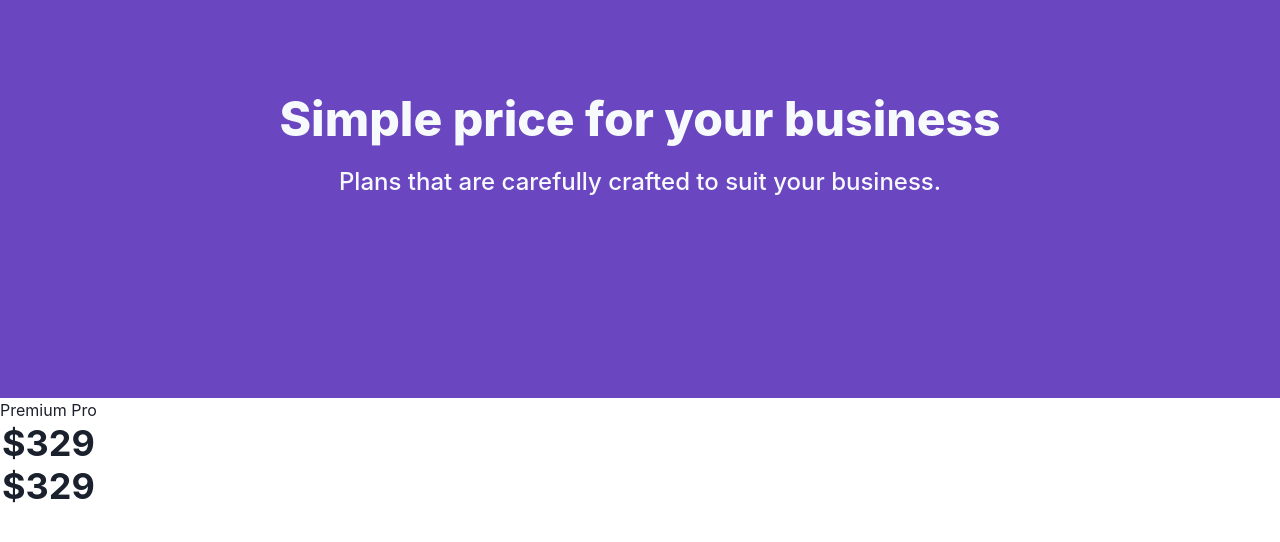
Repository: noutijo/learn-in-depth-chakra-ui
Page: /
The author's editor kept a copy of each file at every save. The page is drawn from the files as they stood at one save, then again after a run of saves.
The browser window is 1280 px wide. The pictures show the whole page.
The project was rebuilt for these pictures with package versions that can differ from the ones it lists, and the page was loaded fresh each time. Also part of the build but not shown: vite.config.ts.

Above is the page before, as saved 2023-01-30 15:28:32.

### src/main.tsx
import React from 'react'
import ReactDOM from 'react-dom/client'
import App from './App'
import { ChakraProvider } from "@chakra-ui/react"

ReactDOM.createRoot(document.getElementById('root') as HTMLElement).render(
  <ChakraProvider>
  <React.StrictMode>
    <App />
  </React.StrictMode>
  </ChakraProvider>,
)

### src/App.tsx
//import './App.css'
import "./App.css";
import { Box, Flex, Stack, VStack, HStack } from "@chakra-ui/react";
import { Header  } from "./components/Header";
import { Pricing } from "./components/Pricing";

export default function App() {
  return (
    <div className="App">
      <Box>
        <Header />
        <Pricing />
      </Box>
    </div>
  );
}

### src/App.css
#root {
  max-width: 1280px;
  margin: 0 auto;
  text-align: center;
}

.logo {
  height: 6em;
  padding: 1.5em;
  will-change: filter;
}
.logo:hover {
  filter: drop-shadow(0 0 2em #646cffaa);
}
.logo.react:hover {
  filter: drop-shadow(0 0 2em #61dafbaa);
}

@keyframes logo-spin {
  from {
    transform: rotate(0deg);
  }
  to {
    transform: rotate(360deg);
  }
}

@media (prefers-reduced-motion: no-preference) {
  a:nth-of-type(2) .logo {
    animation: logo-spin infinite 20s linear;
  }
}

.card {
  padding: 2em;
}

.read-the-docs {
  color: #888;
}

### src/components/Header.tsx
//import './App.css'
import { Box, Heading, Text, Flex } from "@chakra-ui/react";

export function Header() {
  return (
    <Box as="section" color="#F7FAFC" bg="#6b46c1" pt="90px" pb="198px" px="32px">
      <Heading fontWeight={800} fontSize={"48px"}>
        Simple price for your business
      </Heading>
      <Text fontWeight={500} fontSize={"24px"} mt="16px">
        Plans that are carefully crafted to suit your business.
      </Text>
    </Box>
  );
}

### src/components/Pricing.tsx
//import './App.css'
import { Box, Heading, Text, Flex } from "@chakra-ui/react";

export function Pricing() {
  return (
    <Box>
      <Flex>
        <Box>
            <Text>Premium Pro</Text>
            <Heading>$329</Heading>
            <Heading>$329</Heading>
        </Box>
        <Box></Box>
      </Flex>
    </Box>
  );
}

Loaded but not shown: index.html (common file)

After the next 2 saves:
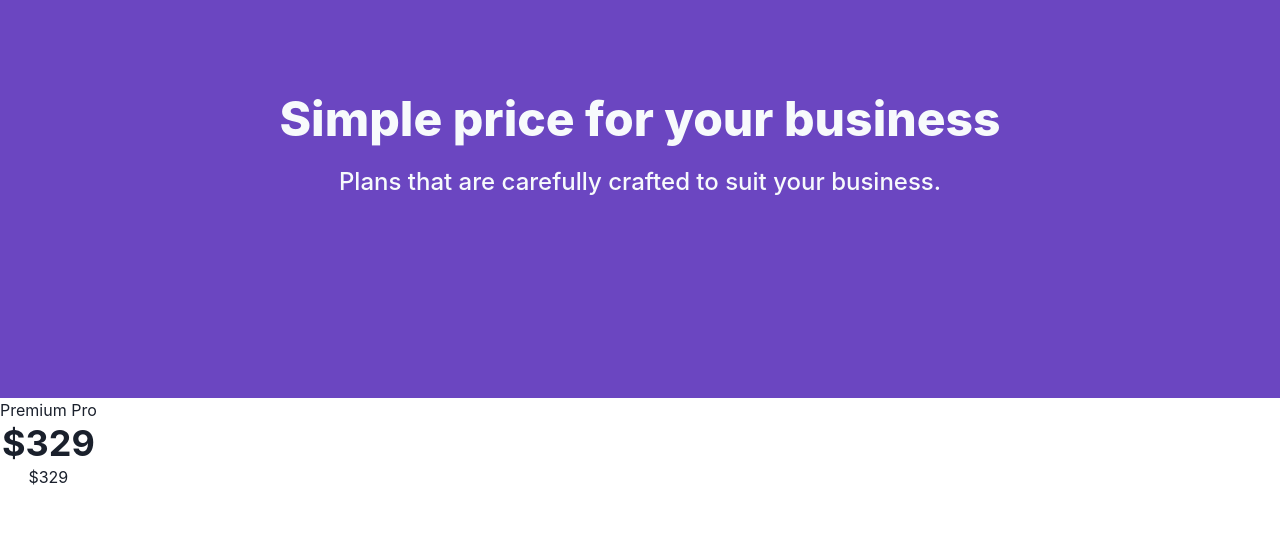
The 2 saves are shown as one change because they came seconds apart.
The last was saved 6 s later.
--- a/src/components/Pricing.tsx
+++ b/src/components/Pricing.tsx
@@ -8,7 +8,7 @@ export function Pricing() {
         <Box>
             <Text>Premium Pro</Text>
             <Heading>$329</Heading>
-            <Heading>$329</Heading>
+            <Text>$329</Text>
         </Box>
         <Box></Box>
       </Flex>
